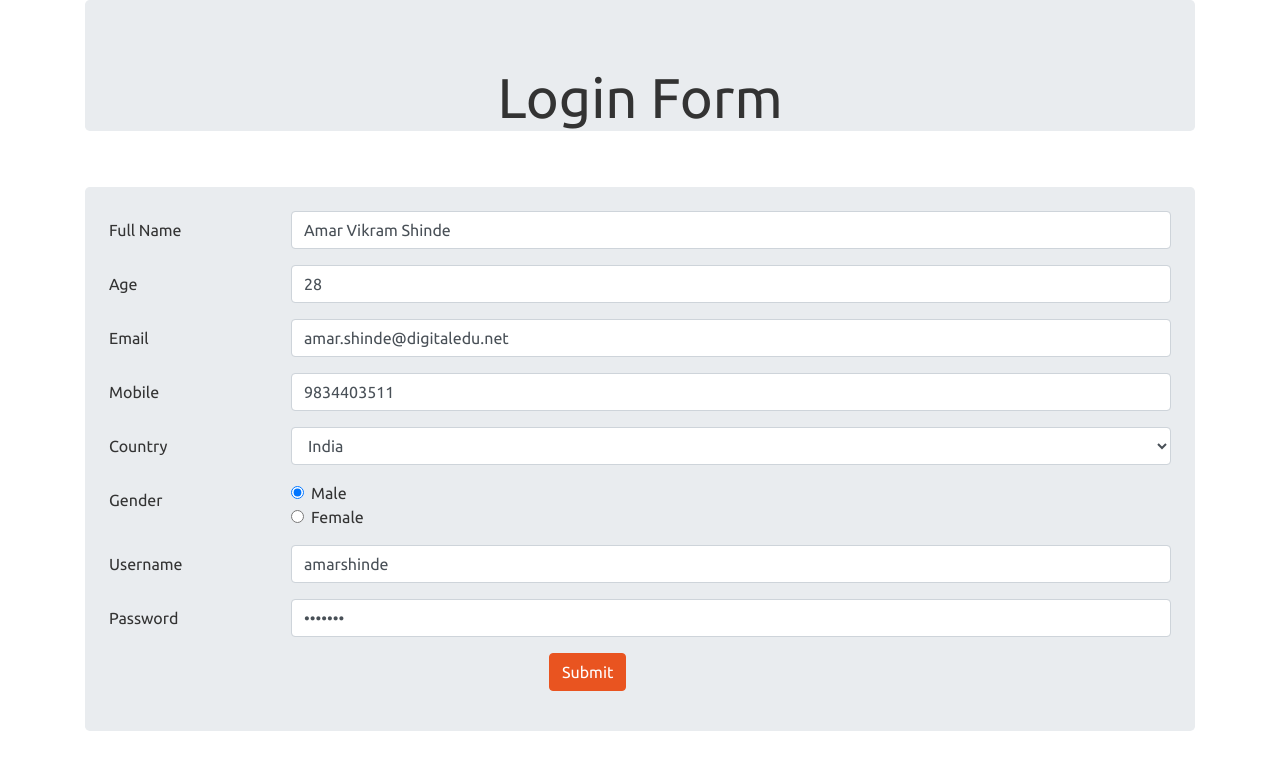
Repository: amar468S/Ng-templateDrivenForm
Page: /
The author's editor kept a copy of each file at every save. The page is drawn from the files as they stood at one save, then again after the next save.
The browser window is 1280 px wide. The pictures show the whole page.
Some web libraries are served in a nearby version. The project was rebuilt for these pictures with package versions that can differ from the ones it lists, and the page was loaded fresh each time. Also part of the build but not shown: angular.json.

Above is the page before, as saved 2019-02-03 22:04:28.

### src/index.html
<!doctype html>
<html lang="en">
<head>
  <meta charset="utf-8">
  <title>NgTemplateForms</title>
  <base href="/">

  <meta name="viewport" content="width=device-width, initial-scale=1">
  <link rel="icon" type="image/x-icon" href="favicon.ico">
  <!-- CSS -->
  <link rel="stylesheet" href="https://stackpath.bootstrapcdn.com/bootstrap/4.2.1/css/bootstrap.min.css" integrity="sha384-GJzZqFGwb1QTTN6wy59ffF1BuGJpLSa9DkKMp0DgiMDm4iYMj70gZWKYbI706tWS" crossorigin="anonymous">
  <link rel="stylesheet" href="https://bootswatch.com/4/united/bootstrap.min.css">
  <!-- JS -->
  <script src="https://code.jquery.com/jquery-3.3.1.slim.min.js" integrity="sha384-q8i/X+965DzO0rT7abK41JStQIAqVgRVzpbzo5smXKp4YfRvH+8abtTE1Pi6jizo" crossorigin="anonymous"></script>
  <script src="https://cdnjs.cloudflare.com/ajax/libs/popper.js/1.14.6/umd/popper.min.js" integrity="sha384-wHAiFfRlMFy6i5SRaxvfOCifBUQy1xHdJ/yoi7FRNXMRBu5WHdZYu1hA6ZOblgut" crossorigin="anonymous"></script>
  <script src="https://stackpath.bootstrapcdn.com/bootstrap/4.2.1/js/bootstrap.min.js" integrity="sha384-B0UglyR+jN6CkvvICOB2joaf5I4l3gm9GU6Hc1og6Ls7i6U/mkkaduKaBhlAXv9k" crossorigin="anonymous"></script>

</head>
<body>
  <app-root></app-root>
</body>
</html>

### src/app/app.component.ts
import { Component } from '@angular/core';
import { UserForm } from './UserForm';

@Component({
  selector: 'app-root',
  templateUrl: './app.component.html',
  styleUrls: ['./app.component.css']
})
export class AppComponent {

    userForm:UserForm

    constructor(){
      this.userForm = new UserForm();
    }

    login(userForm) {
      console.log(userForm.form.value);
      this.userForm = new UserForm();
    }
}

### src/app/app.component.html
<div class="container">
    <div class="jumbotron pb-0">
      <p class="display-4 text-center mb-0">Login Form</p>
    </div>
    <br>
  <div class="jumbotron p-4">
  <form #usrForm="ngForm" (ngSubmit)="login(usrForm)">
      <div class="form-group row">
          <label class="col-sm-2 col-form-label">Full Name</label>
          <div class="col-sm-10">
            <input type="text" class="form-control is-invalid" [ngClass]="{ 'is-invalid': usrForm.submitted && fullName.invalid }" placeholder="Enter Full Name"
            name="fullname" [(ngModel)]="userForm.fullName" #fullName="ngModel" required>
            <small class="invalid-feedback">This field can't be empty</small>
          </div>
      </div>
      <div class="form-group row">
          <label class="col-sm-2 col-form-label">Age</label>
          <div class="col-sm-10">
            <input type="number" class="form-control" placeholder="Enter Age"
            name="age" [(ngModel)]="userForm.age" #age="ngModel" required>
            <small class="form-text text-danger" *ngIf="age.dirty && age.invalid">This field can't be empty</small>
          </div>
      </div>
       <div class="form-group row">
          <label class="col-sm-2 col-form-label">Email</label>
          <div class="col-sm-10">
            <input type="email" class="form-control" placeholder="Enter Email"
            name="email" [(ngModel)]="userForm.email" #email="ngModel" required>
            <small class="form-text text-danger" *ngIf="email.dirty && email.invalid">This field can't be empty</small>
          </div>
      </div>
      <div class="form-group row">
          <label class="col-sm-2 col-form-label">Mobile</label>
          <div class="col-sm-10">
            <input type="text" class="form-control" placeholder="Enter Mobile"
            name="mobile" [(ngModel)]="userForm.mobile" #mobile="ngModel" required minlength="10">
            <div *ngIf="mobile.dirty && mobile.invalid">
              <small class="form-text text-danger" *ngIf="mobile.errors.required">This field can't be empty</small>
              <small class="form-text text-danger" *ngIf="mobile.errors.minlength">This field must contain minimum 10 characters</small>
            </div>
          </div>
      </div>
      <div class="form-group row">
          <label class="col-sm-2 col-form-label">Country</label>
          <div class="col-sm-10">
            <select class="form-control" name="country" [(ngModel)]="userForm.country" #country="ngModel" required>
              <option value="">Select Country</option>
              <option value="India">India</option>
              <option value="Sri Lanka">Sri Lanka</option>
              <option value="Bangladesh">Bangladesh</option>
              <option value="Nepal">Nepal</option>
            </select>
            <small class="form-text text-danger" *ngIf="country.dirty && country.invalid">This field can't be empty</small>
          </div>
      </div>
      <div class="form-group row">
          <label class="col-sm-2 col-form-label">Gender</label>
          <div class="col-sm-10">
            <div class="form-check">
              <input class="form-check-input" type="radio" name="gender" value="Male" [checked]="(userForm.gender=='Male')?'checked':''">
              <label class="form-check-label">Male</label>
            </div>
            <div class="form-check">
                <input class="form-check-input" type="radio" name="gender" value="Female" [checked]="(userForm.gender=='Female')?'checked':''">
                <label class="form-check-label">Female</label>
            </div>
          </div>
      </div>
      <div class="form-group row">
          <label class="col-sm-2 col-form-label">Username</label>
          <div class="col-sm-10">
            <input type="text" class="form-control" placeholder="Enter Username"
            name="username" [(ngModel)]="userForm.username" #username="ngModel" required>
            <small class="form-text text-danger" *ngIf="username.dirty && username.invalid">This field can't be empty</small>
          </div>
      </div>
      <div class="form-group row">
          <label class="col-sm-2 col-form-label">Password</label>
          <div class="col-sm-10">
            <input type="password" class="form-control" placeholder="Enter Password"
            name="password" [(ngModel)]="userForm.password" #password="ngModel">
            <small class="form-text text-danger" *ngIf="password.dirty && password.invalid">This field can't be empty</small>
          </div>
      </div>
      <div class="form-group row">
          <label class="col-sm-5 col-form-label"></label>
          <div>
            <input type="submit" class="btn btn-primary" [disabled]="usrForm.form.invalid">
          </div>
      </div>
  </form>
  </div>

</div>

### src/app/UserForm.ts
export class UserForm {
    fullName:string;
    age:string;
    email:string;
    mobile:string;
    country:string;
    gender:string;
    username:string;
    password:string;


    constructor(){
        this.fullName = 'Amar Vikram Shinde';
        this.age = '28';
        this.country = 'India';
        this.email = 'amar.shinde@digitaledu.net';
        this.mobile = '9834403511';
        this.username = 'amarshinde';
        this.password = 'amar123';
        this.gender = 'Male';
    }
}

Loaded but not shown: src/styles.css (common file); src/main.ts (common file); src/app/app.module.ts (common file); src/environments/environment.ts (common file); src/app/app.component.css (no stored copy; drawn as an empty file)

After the next save:
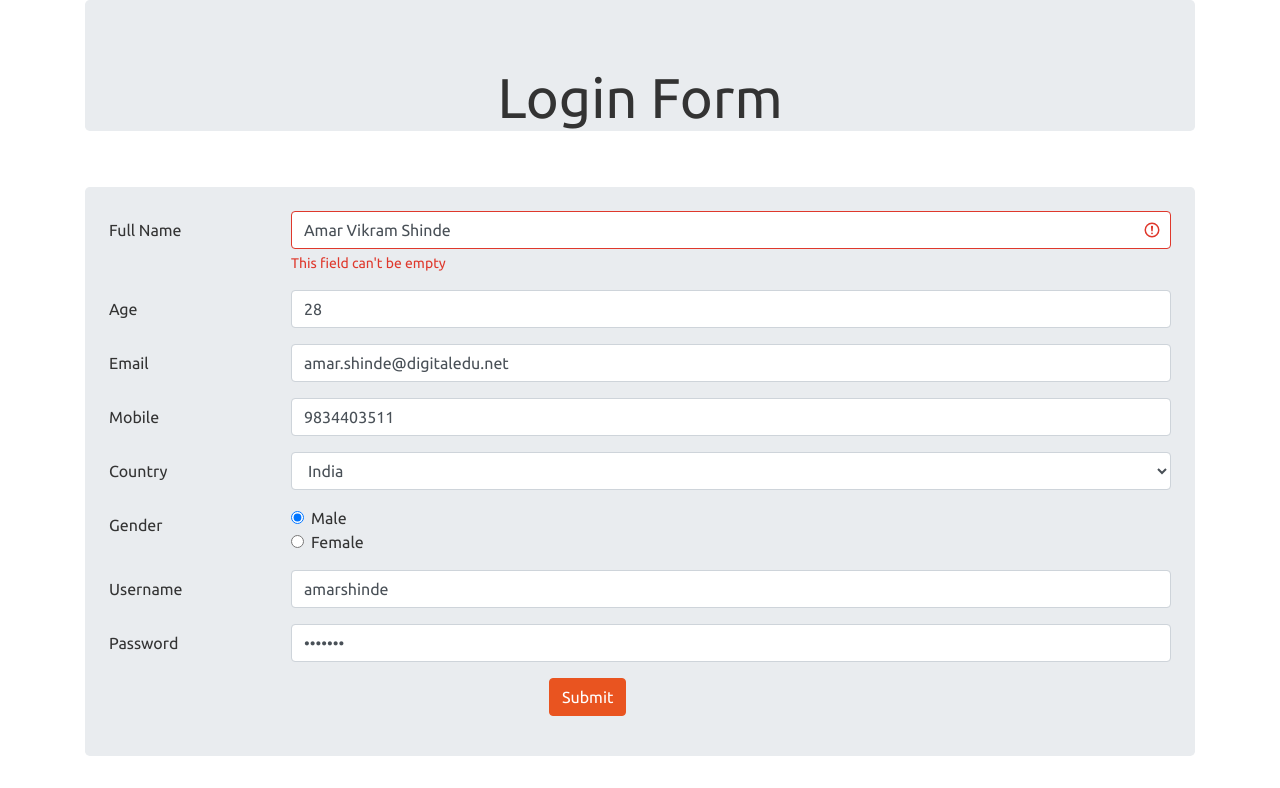
Saved 7 s later.
--- a/src/app/app.component.html
+++ b/src/app/app.component.html
@@ -8,7 +8,7 @@
       <div class="form-group row">
           <label class="col-sm-2 col-form-label">Full Name</label>
           <div class="col-sm-10">
-            <input type="text" class="form-control is-invalid" [ngClass]="{ 'is-invalid': usrForm.submitted && fullName.invalid }" placeholder="Enter Full Name"
+            <input type="text" class="form-control is-invalid" placeholder="Enter Full Name"
             name="fullname" [(ngModel)]="userForm.fullName" #fullName="ngModel" required>
             <small class="invalid-feedback">This field can't be empty</small>
           </div>

After the save that followed:
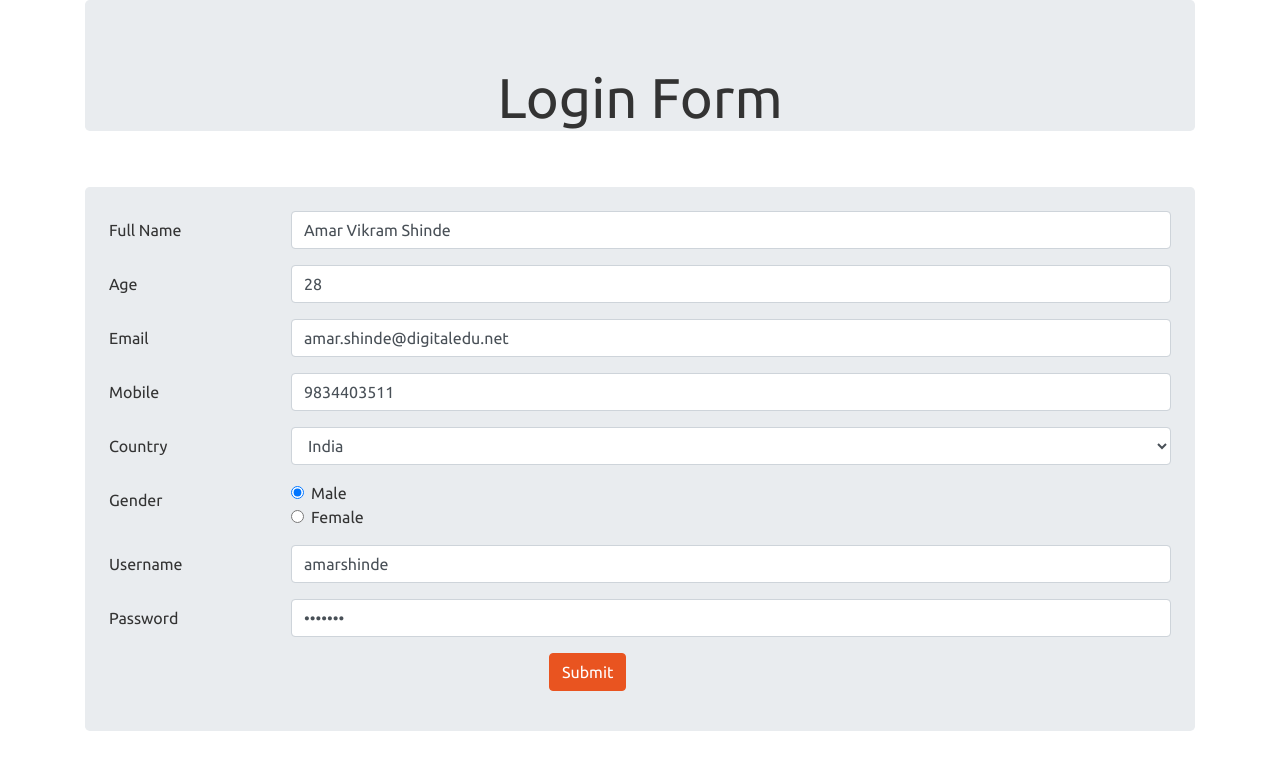
Saved 63 s later.
--- a/src/app/app.component.html
+++ b/src/app/app.component.html
@@ -8,7 +8,7 @@
       <div class="form-group row">
           <label class="col-sm-2 col-form-label">Full Name</label>
           <div class="col-sm-10">
-            <input type="text" class="form-control is-invalid" placeholder="Enter Full Name"
+            <input type="text" class="form-control {{(fullName.dirty && fullName.invalid) ? is-invalid: ''}}" placeholder="Enter Full Name"
             name="fullname" [(ngModel)]="userForm.fullName" #fullName="ngModel" required>
             <small class="invalid-feedback">This field can't be empty</small>
           </div>
